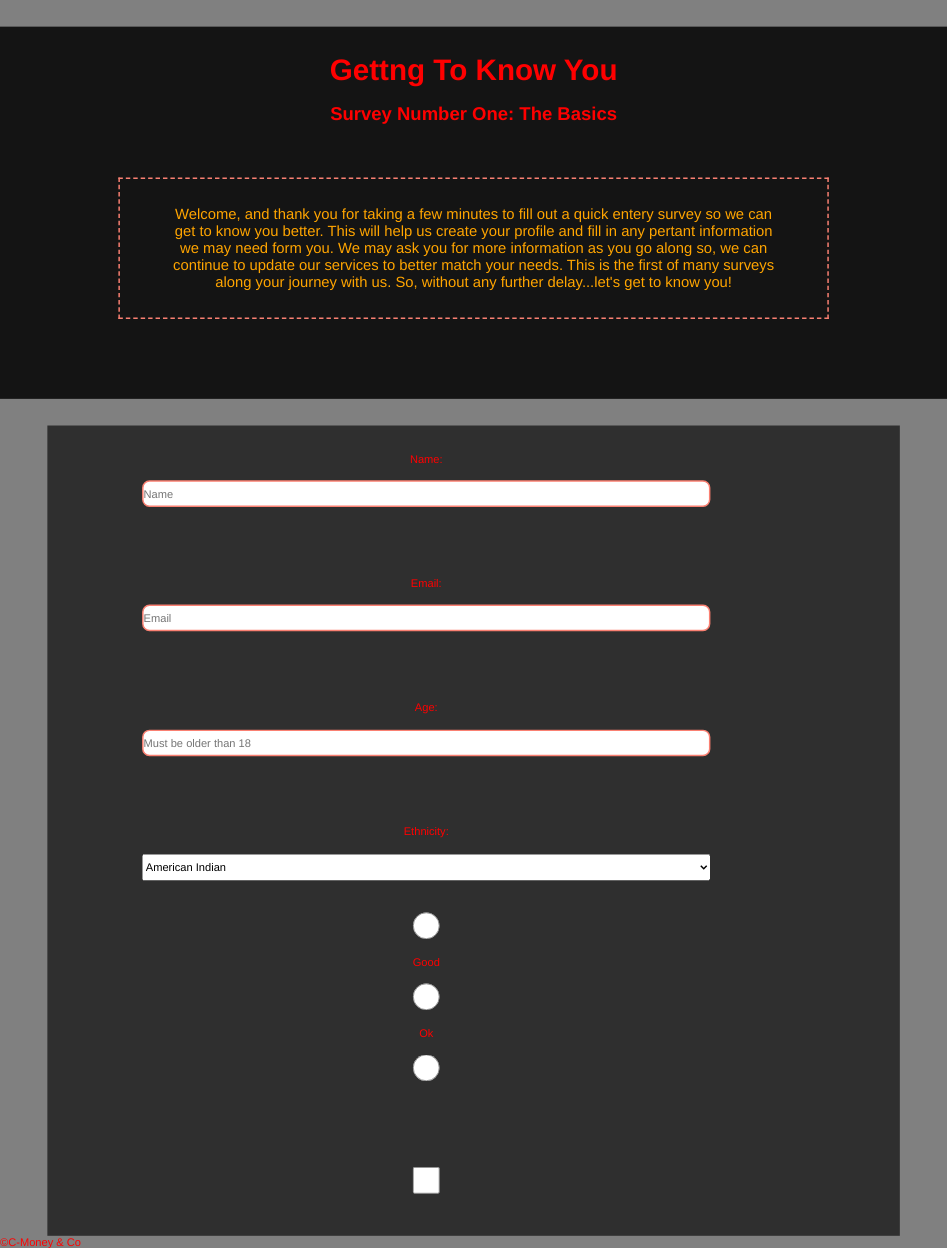
Repository: ctcoleman/surveyForm
Page: index.html
These files come from the project's save history. The page is drawn as it stood at one moment and after the next save; the edit follows.
The browser window is 1280 px wide. The pictures show the whole page, at 74% of full size.

Above is the page before, as saved 2020-06-28 21:28:48.
Console error: TypeError: Cannot read properties of null (reading 'addEventListener')

After the next save:
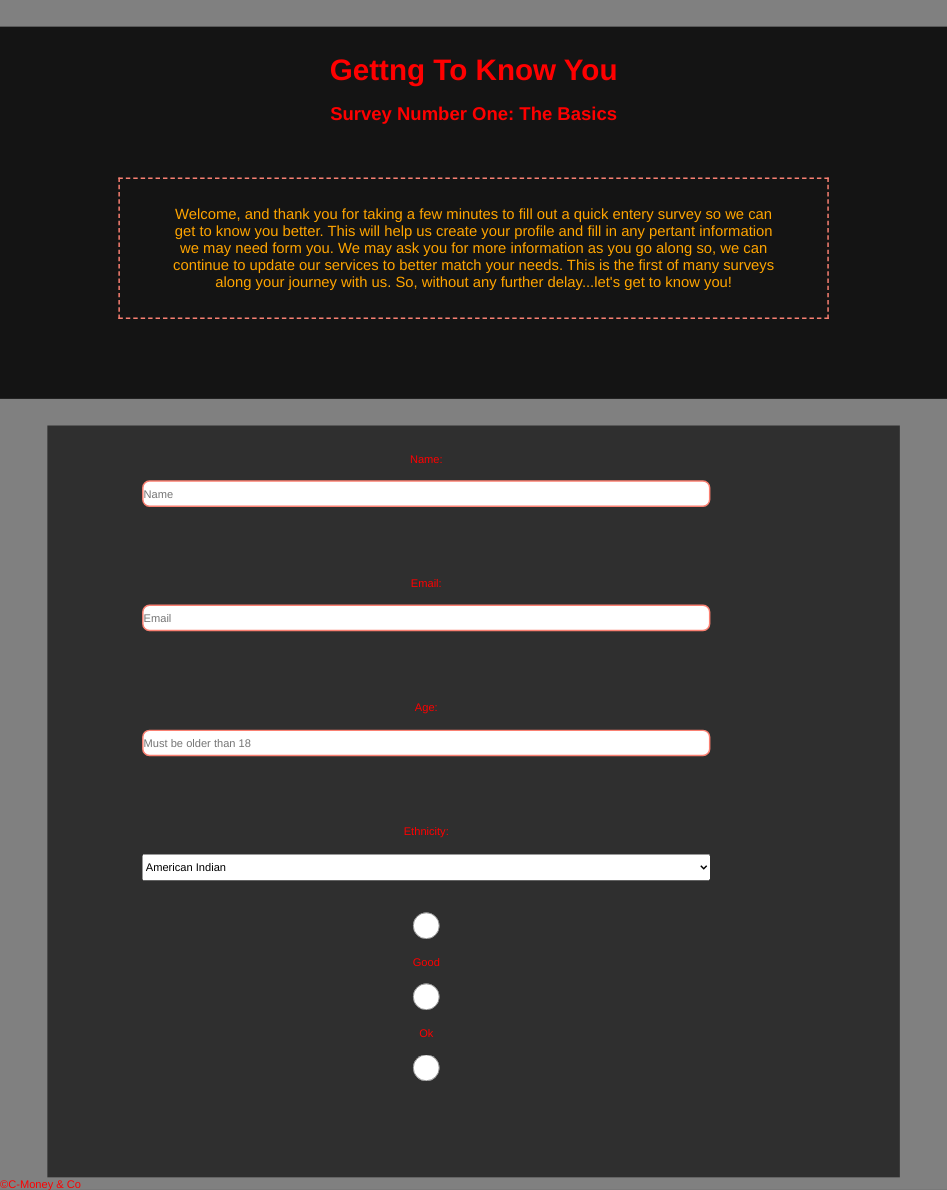
Saved 4 s later.
--- a/index.html
+++ b/index.html
@@ -78,7 +78,7 @@
       </div>
 
       <div id="checkboxInputs" class="formEntery checkbox">
-
+        <label for=
         <input type="checkbox" id="fullTimeStudent" name="Full-time Student" value="Full-time Student">
       </div>
     </form>

After the save that followed:
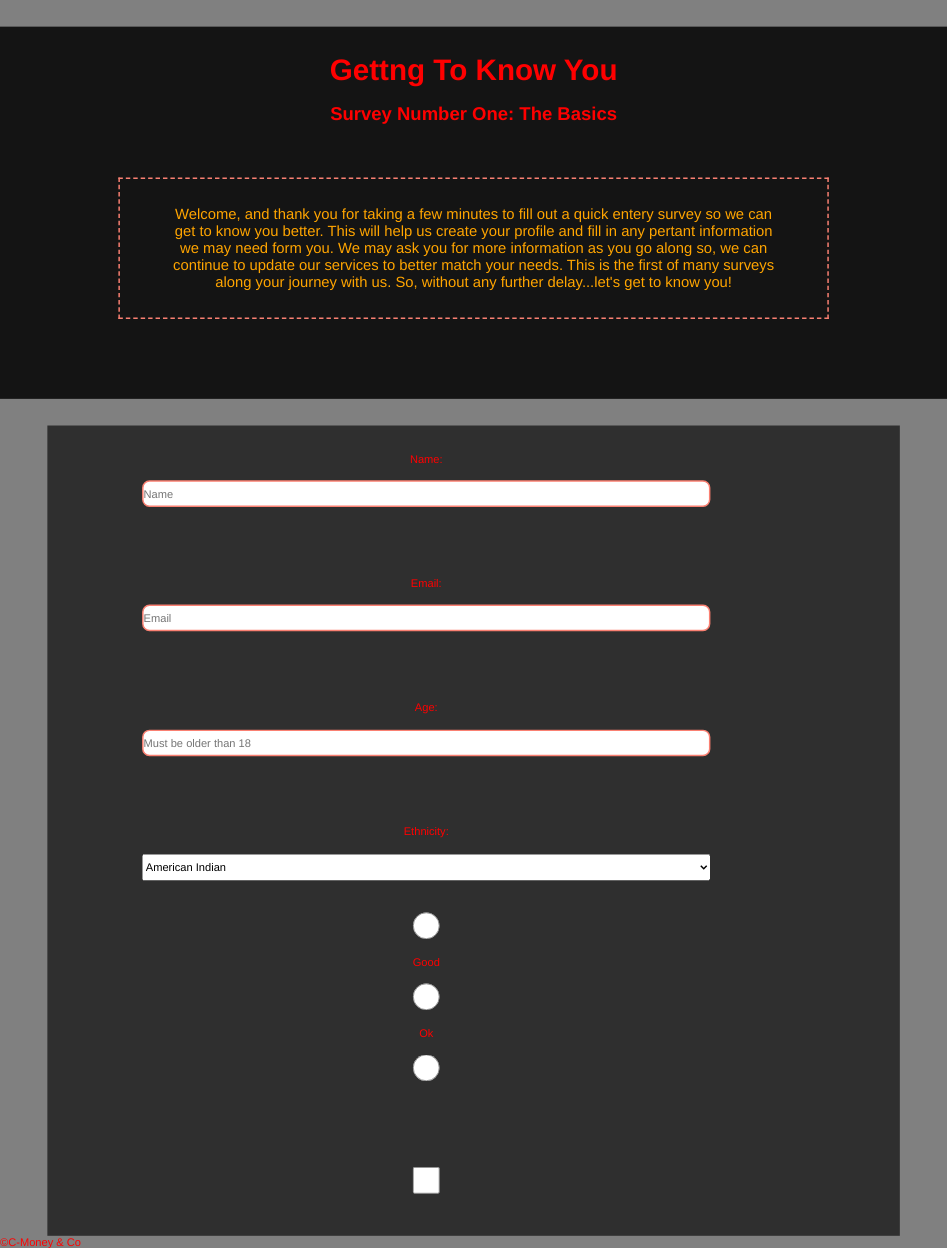
Saved 23 s later.
--- a/index.html
+++ b/index.html
@@ -78,7 +78,7 @@
       </div>
 
       <div id="checkboxInputs" class="formEntery checkbox">
-        <label for=
+        <label for="fullTimeStudent"></label>
         <input type="checkbox" id="fullTimeStudent" name="Full-time Student" value="Full-time Student">
       </div>
     </form>
